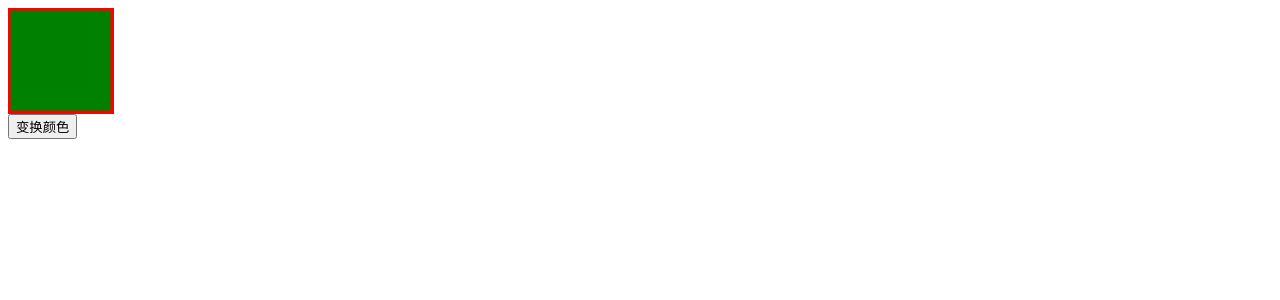
Repository: ArtemisWang/react-lifestyle
Page: /
These files come from the project's save history. The page is drawn as it stood at one moment and after the next save; the edit follows.
The browser window is 1280 px wide. The pictures show the whole page.
The project was rebuilt for these pictures with package versions that can differ from the ones it lists, and the page was loaded fresh each time.

Above is the page before, as saved 2020-04-01 23:01:07.

After the next save:
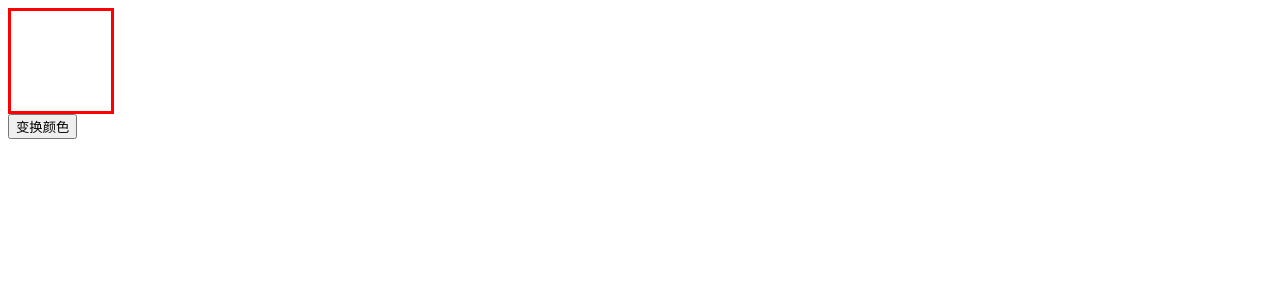
Saved 82 s later.
--- a/src/AppChild.js
+++ b/src/AppChild.js
@@ -9,19 +9,19 @@ class AppChild extends Component {
          }
     }
     static getDerivedStateFromProps(nextProps,prevState){
-        console.log('nextProps:',nextProps,prevState)
-        if(nextProps.color==="black"&&prevState.prevColor!=="green"){
-            return {
-                color:"green",
-                prevColor:"green"
-            }
-        }
-        if(nextProps.color==="red"&&prevState.prevColor!=="pink"){
-            return {
-                color:"pink",
-                prevColor:"pink"
-            }
-        }
+        // console.log('nextProps:',nextProps,prevState)
+        // if(nextProps.color==="black"&&prevState.prevColor!=="green"){
+        //     return {
+        //         color:"green",
+        //         prevColor:"green"
+        //     }
+        // }
+        // if(nextProps.color==="red"&&prevState.prevColor!=="pink"){
+        //     return {
+        //         color:"pink",
+        //         prevColor:"pink"
+        //     }
+        // }
         return null
     }
     render() {
